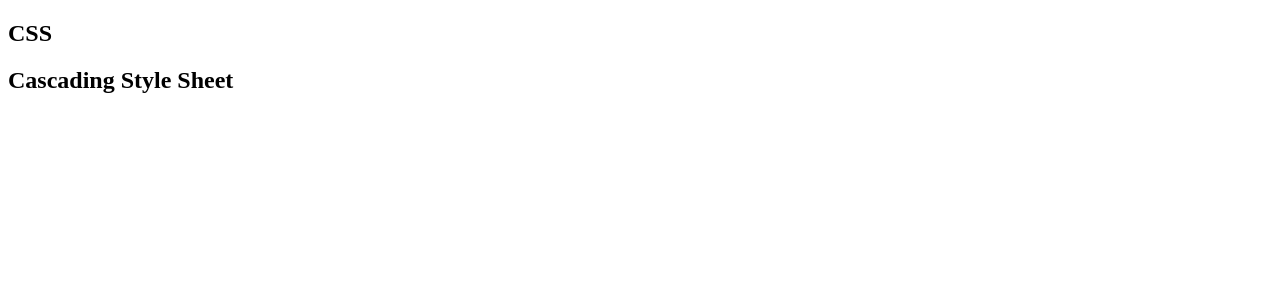
Repository: Sid0130/HTML
Page: lab-web/lab02_css/src/main/webapp/index.html
The author's editor kept a copy of each file at every save. The page is drawn from the files as they stood at one save, then again after the next save.
The browser window is 1280 px wide. The pictures show the whole page.

Above is the page before, as saved 2024-12-04 06:50:32.

### lab-web/lab02_css/src/main/webapp/index.html
<!DOCTYPE html>
<html>
	<head>
		<meta charset="UTF-8">
		<title>Lab02 CSS</title>

        <!-- 외부 CSS 파일 링크 -->
        <link rel="stylesheet"/>
	</head>
	<body>

<!-- 메인이라는 의미만 갖고있는 -->
		<main> <!-- 웹 페이지의 주요 영역(main devision)라는 의미를 갖는 태그. -->
            <section> <!-- 웹 페이지의 섹션 영역(section division)이라는 의미를 갖는 태그. -->
                <h1>CSS</h1>
                <h2>Cascading Style Sheet</h2>
            </section>
        </main>
	</body>
</html>

<!--
Front-End 개발 언어:
1. HTML: 웹 페이지의 정적 컨텐츠(링크, 이미지, 테이블, 폼, 리스트, ...)들을 작성하는 언어
2. CSS: 웹 페이지의 스타일(요소 배치, 색상, 모양, 크기, ...)들을 작성하는 언어.
3. JavaScript: 웹 페이지의 동적 변화, 이벤트 처리, 서버와 통신 등과 같은 기능을 구현하는 언어.
   **중요: 브라우저에서 실행되는 프로그래밍 언어. 노드js가 서버에서 해주기도 하는데  일반적으로 브라우저에서 실행.

CSS 적용 방법:
1. 외부(external) CSS: 별도의 css 파일에서 작성된 내용을 html 파일에서 링크해서 사용.
2. 내부(internal) CSS: HTML 파일의 <script> 태그 안에서 스타일을 작성.
3. inline CSS: 각각의 HTML 태그 요소 안에서 style 속성(attribute) 값을 작성.
-->

### lab-web/lab02_css/src/main/webapp/css/mystyle.css
@charset "UTF-8";  /* CSS 파일의 인코딩 선언*/

/*
 * CSS 문법:
 * selector {
 *     property: value;
 *     ...
 * }
 */

body {
    background-color: LightPink; /* 바탕색 */
}

After the next save:
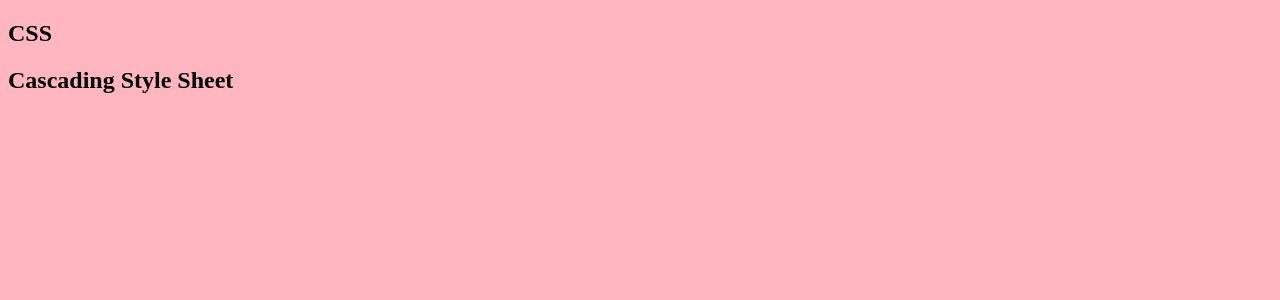
Saved 42 s later.
--- a/lab-web/lab02_css/src/main/webapp/index.html
+++ b/lab-web/lab02_css/src/main/webapp/index.html
@@ -5,7 +5,7 @@
 		<title>Lab02 CSS</title>
 
         <!-- 외부 CSS 파일 링크 -->
-        <link rel="stylesheet"/>
+        <link rel="stylesheet" href="css/mystyle.css"/>
 	</head>
 	<body>
 
